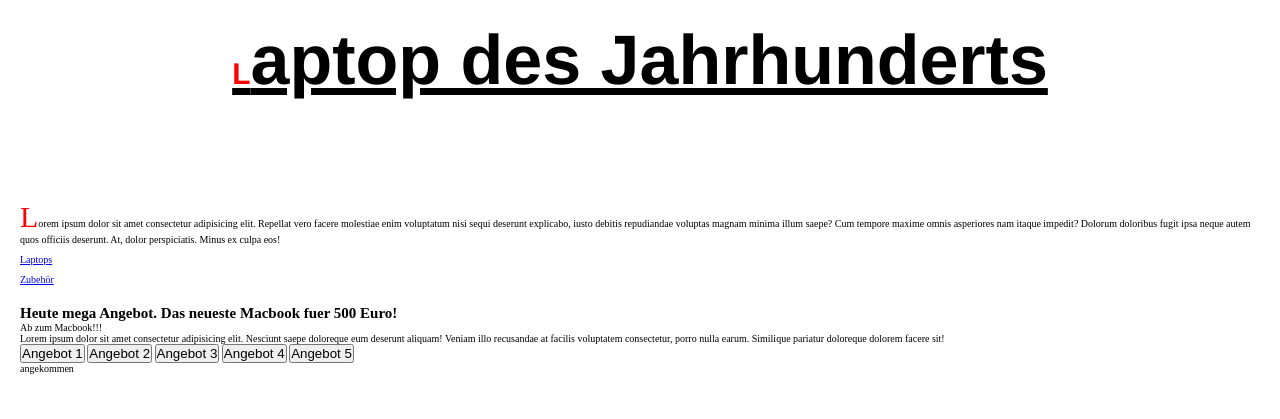
Repository: m0lt/modul_1
Page: 20250708_css_Class_ID/index.html
The author's editor kept a copy of each file at every save. The page is drawn from the files as they stood at one save, then again after the next save.
The browser window is 1280 px wide. The pictures show the whole page.
Some web libraries are served in a nearby version.

Above is the page before, as saved 2025-07-07 10:23:34.

After the next save:
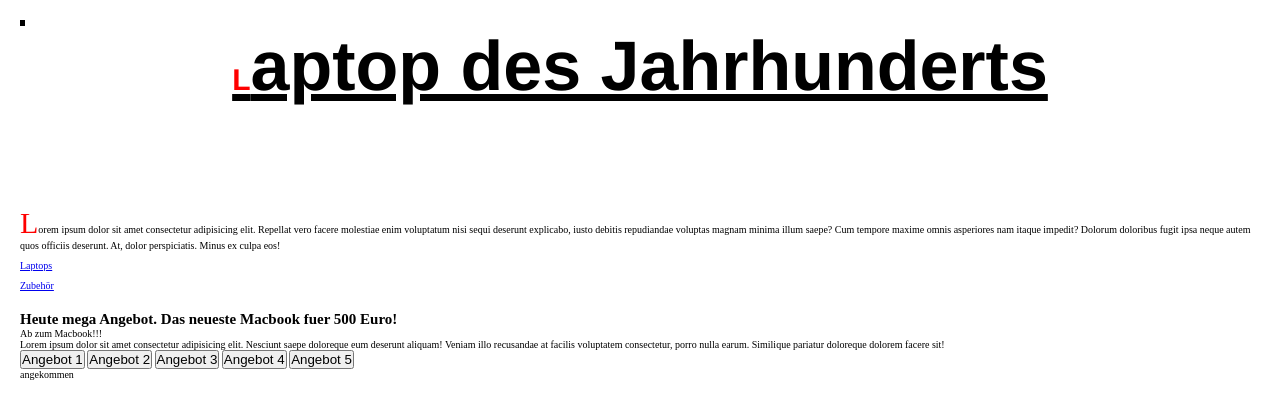
Saved 30 s later.
--- a/20250708_css_Class_ID/assets/css/styles.css
+++ b/20250708_css_Class_ID/assets/css/styles.css
@@ -43,3 +43,9 @@
     margin-right: 20px;
 
 }
+
+.hamburger{
+    width: 5px;
+    height: 6px;
+    background-color: black;
+}
